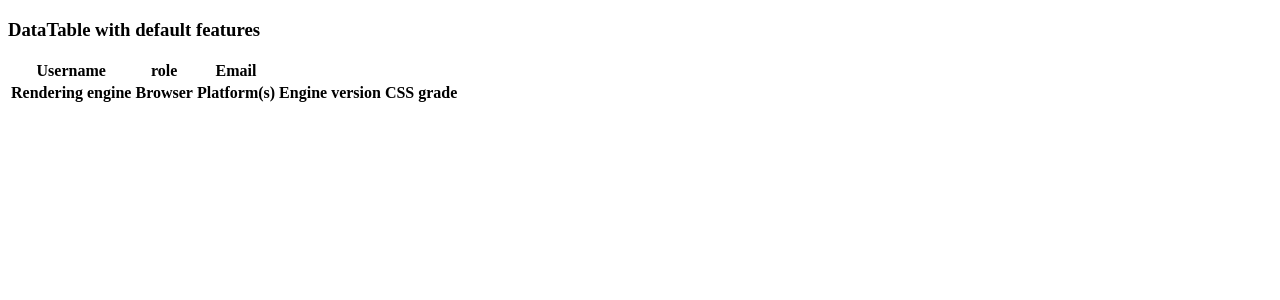
Repository: AnnPTit/ASM_Java04
Page: http://localhost/Asm/admins/ManagerUser.jsp
The author's editor kept a copy of each file at every save. The page is drawn from the files as they stood at one save, then again after the next save.
The browser window is 1280 px wide. The pictures show the whole page.
The page is served by Tomcat 9.

Above is the page before, as saved 2023-03-21 14:19:44.

After the next save:
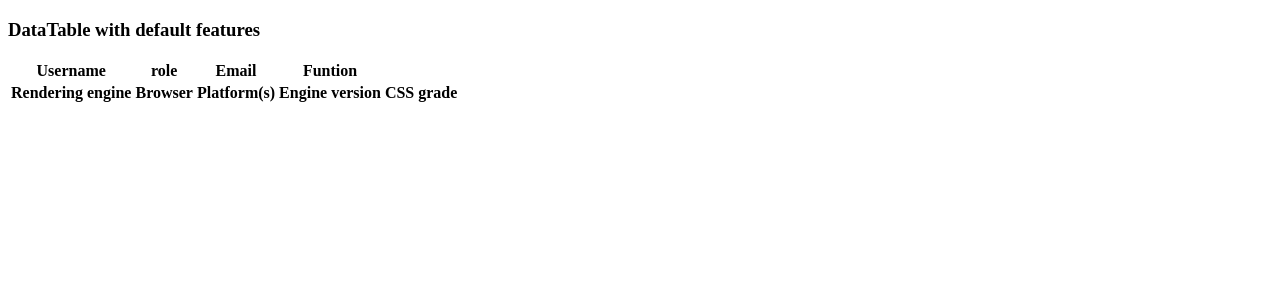
Saved 3 min 6 s later.
--- a/Asm/src/main/webapp/admins/ManagerUser.jsp
+++ b/Asm/src/main/webapp/admins/ManagerUser.jsp
@@ -20,7 +20,7 @@
 						<th>Username</th>
 						<th>role</th>
 						<th>Email</th>
-
+						<th>Funtion</th>
 
 					</tr>
 				</thead>
